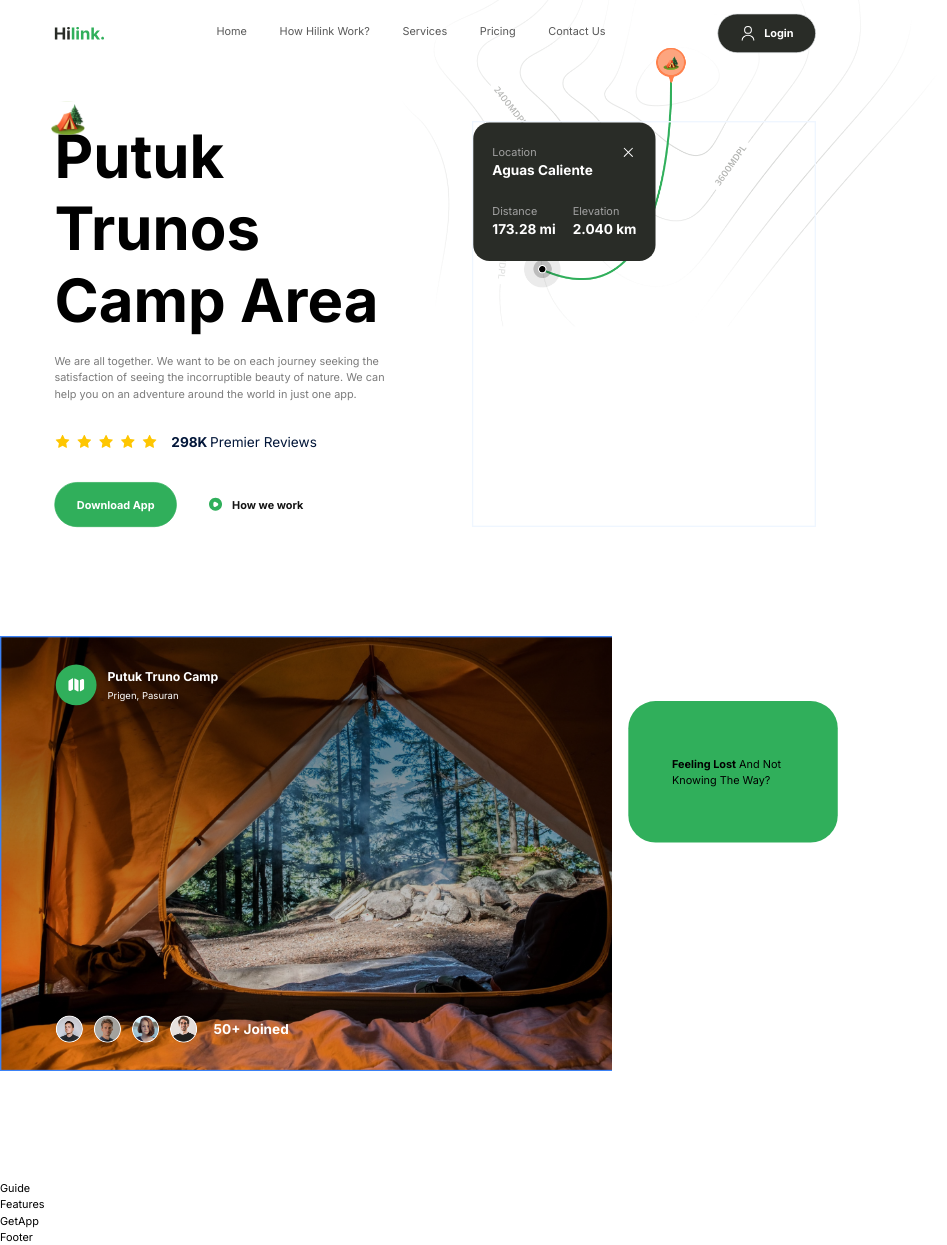
Repository: SouthpawC0der/Modern-reactsite
Page: /
The author's editor kept a copy of each file at every save. The page is drawn from the files as they stood at one save, then again after the next save.
The browser window is 1280 px wide. The page is 1392 px wide, so the pictures cover 1392 px, including what lies to the right of the window. The pictures show the whole page, at 68% of full size.
The project was rebuilt for these pictures with package versions that can differ from the ones it lists, and the page was loaded fresh each time. The framework's server and built-in components were replaced by stand-ins that run in the browser. Also part of the build but not shown: next.config.ts.

Above is the page before, as saved 2025-02-06 13:02:01.

### app/layout.tsx
import type { Metadata } from "next";
import "./globals.css";
import Navbar from "@/components/Navbar";
import Footer from "@/components/Footer";

export default function RootLayout({
  children,
}: Readonly<{
  children: React.ReactNode;
}>) {
  return (
    <html lang="en">
      <body>
        <Navbar />
        <main className="relative-overflow-hidden">
        {children}
        </main>
        <Footer />
      </body>
    </html>
  );
}

### app/page.tsx
import Camp from "@/components/Camp";
import Features from "@/components/Features";
import GetApp from "@/components/GetApp";
import Guide from "@/components/Guide";
import Hero from "@/components/Hero";


export default function Home() {
  return (
    <>
    <Hero />
    <Camp />
    <Guide />
    <Features />
    <GetApp />
    </>
  );
}

### app/globals.css

@import url('https://fonts.googleapis.com/css2?family=Inter:wght@400;500;600;700;800&display=swap');

@tailwind base;
@tailwind components;
@tailwind utilities;

* {
  margin: 0;
  padding: 0;
  box-sizing: border-box;
}

body {
  font-family: Inter;
}

@layer utilities {
  .btn_white {
    @apply  border-white bg-white px-8 py-3 text-green-50
  }
  .btn_white_text  {
    @apply  border-white bg-white px-8 py-3 text-gray-90
  }
  .btn_green  {
    @apply  border-green-50 bg-green-50 px-8 py-5 text-white
  }
  .btn_dark_green {
    @apply  bg-green-90 px-8 py-4 text-white transition-all hover:bg-black
  }
  .btn_dark_green_outline  {
    @apply border-gray-20 bg-green-90 px-8 py-5 text-white
  }

  .max-container {
    @apply mx-auto max-w-[1440px];
  }

  .padding-container {
    @apply px-6 lg:px-20 3xl:px-0;
  }

  .flexCenter {
    @apply flex items-center justify-center;
  }

  .flexBetween {
    @apply flex items-center justify-between;
  }

  .flexStart {
    @apply flex items-center justify-start;
  }

  .flexEnd {
    @apply flex items-center justify-end;
  }

  /* FONTS */
  .regular-64 {
    @apply text-[64px] font-[400] leading-[120%];
  }

  .regular-40 {
    @apply text-[40px] font-[400] leading-[120%];
  }

  .regular-32 {
    @apply text-[32px] font-[400];
  }

  .regular-24 {
    @apply text-[24px] font-[400];
  }

  .regular-20 {
    @apply text-[20px] font-[400];
  }

  .regular-18 {
    @apply text-[18px] font-[400];
  }

  .regular-16 {
    @apply text-[16px] font-[400];
  }

  .regular-14 {
    @apply text-[14px] font-[400];
  }

  .medium-14 {
    @apply text-[14px] font-[600];
  }

  .bold-88 {
    @apply text-[88px] font-[700] leading-[120%];
  }

  .bold-64 {
    @apply text-[64px] font-[700] leading-[120%];
  }

  .bold-52 {
    @apply text-[52px] font-[700] leading-[120%];
  }

  .bold-40 {
    @apply text-[40px] font-[700] leading-[120%];
  }

  .bold-32 {
    @apply text-[32px] font-[700] leading-[120%];
  }

  .bold-20 {
    @apply text-[20px] font-[700];
  }

  .bold-18 {
    @apply text-[18px] font-[700];
  }

  .bold-16 {
    @apply text-[16px] font-[700];
  }

  /* Hero */
  .hero-map {
    @apply absolute right-0 top-0 h-screen w-screen bg-pattern-2 bg-cover bg-center md:-right-28 xl:-top-60;
  }

  /* Camp */
  .camp-quote {
    @apply absolute -right-6 bottom-4 w-[140px] lg:bottom-10 xl:-right-8 xl:w-[186px] 3xl:right-0;
  }

  /* Feature */
  .feature-phone {
    @apply absolute top-[13%] z-10 hidden max-w-[1500px] rotate-[15deg] md:-left-16 lg:flex  3xl:left-20;
  }

  /* Get App */
  .get-app {
    @apply max-container relative flex w-full  flex-col justify-between gap-32 overflow-hidden bg-green-90 bg-pattern bg-cover bg-center bg-no-repeat px-6 py-12 text-white sm:flex-row sm:gap-12 sm:py-24 lg:px-20 xl:max-h-[598px] 2xl:rounded-5xl;
  }
}

/* Hide scrollbar for Chrome, Safari and Opera */
.hide-scrollbar::-webkit-scrollbar {
  display: none;
}

/* Hide scrollbar for IE, Edge and Firefox */
.hide-scrollbar {
  -ms-overflow-style: none; /* IE and Edge */
  scrollbar-width: none; /* Firefox */
}

### components/Navbar.tsx
import { NAV_LINKS } from '@/constants'
import Image from 'next/image'
import Link from 'next/link'
import React from 'react'
import Button from './Button'

const Navbar = () => {
  return (
    <nav className='flexBetween max-container padding-container relative z-30 py-5'>
        <Link href="/">
          <Image src="/hilink-logo.svg" alt='logo' width={74} height={29} />
        </Link>

          <ul className='hidden h-full gap-12 lg:flex'>
             {NAV_LINKS.map((link) => (
                <Link href={link.href} key={link.key}
                className='regular-16 text-gray-50 flexCenter cursor-pointer pb-1.5 transition-all hover:font-bold'
                >
                    {link.label}
                </Link>
             ))}
          </ul>

          <div className='lg:flexCenter hidden'>
            <Button
            type='button'
            title='Login'
            icon='/user.svg'
            variant='btn_dark_green'
            />
          </div>

          <Image
          src='menu.svg'
          alt='menu'
          width={32}
          height={32}
          className='inline-block cursor-pointer lg:hidden'
          />
    </nav>
  )
}


export default Navbar

### components/Camp.tsx
import React from 'react'
import Image from 'next/image'
import { PEOPLE_URL } from '@/constants';


 interface CampProps {
  backgroundImage: string;
  title: string,
  subtitle: string,
  peopleJoined: string,
 }

const CampSite = ({backgroundImage, title, subtitle, peopleJoined}: CampProps) => {
  return (
    <div className={`h-full w-full min-w-[1100px] ${backgroundImage}
    bg-cover bg-no-repeat lg:rounded-r-5xl 2xl:rounded-5xl
    `}>
      <div className='flex h-full flex-col items-start justify-between
      p-6 lg:px-20 lg:py-10 border-2 border-blue-500'>
        <div className='flexCenter gap-4'>
           <div className='rounded-full bg-green-50 p-4'>
              <Image
                src="/folded-map.svg"
                alt="map"
                width={28}
                height={28}
              />
           </div>
           <div className='flex flex-col gap-1'>
              <h4 className='bold-18 text-white'>{title}</h4>
              <p className='regular-14 text-white'>{subtitle}</p>
           </div>
        </div>
        <div className='flexCenter gap-6'>
           <span className='flex space-x-4 overflow-hidden'>
              {PEOPLE_URL.map((url) => (
                <Image
                className='inline-block h-10 w-10 rounded-full'
                src={url}
                key={url}
                alt='person'
                width={52}
                height={52}
                />
              ))}
           </span>
           <p className='bold-16 md:bold-20 text-white'>{peopleJoined}</p>
        </div>
      </div>
    </div>
  )
}


const Camp = () => {
  return (
    <section className='2xl:max-container relative flex fle-col py-10 lg:mb-10 lg:py-20 xl:mb-20'>
    <div className='hide-scrollbar flex h-[340px] w-full items-start justify-start gap-8 overflow-x-auto lg:h-[400px] xl:h-[640px]'>
      <CampSite
      backgroundImage='bg-bg-img-1'
      title='Putuk Truno Camp'
      subtitle='Prigen, Pasuran'
      peopleJoined='50+ Joined'
      />
      <CampSite
      backgroundImage='bg-bg-img-2'
      title='Mountain View Camp'
      subtitle='Outhere in the Wilderness'
      peopleJoined='50+ Joined'
      />
    </div>

    <div className='flexEnd mt-10 px-6 lg:-mt-60 lg:mr-6'>
       <div className='bg-green-50 p-8 lg:max-w-[500px] xl:max-w-[734px]
       xl:rounded-5xl xl:px-16 xl:py-20 relative w-full overflow-hidden rounded-3xl'>
        <h2 className='regular'>
          <strong>Feeling Lost</strong> And Not Knowing The Way?
        </h2>
       </div>
    </div>
  </section>
  )
}

export default Camp

### components/Hero.tsx
import Image from 'next/image'
import React from 'react'
import Button from './Button'

const Hero = () => {
  return (
    <section className='max-container padding-container flex flex-col gap-20 py-10 pb-32 md:gap-28
     lg:py-20 xl:flex-row '>
        <div className='hero-map' />

        <div className='relative z-10 flex flex-1 flex-col xl:w-1/2'>
            <Image
            src='/camp.svg'
            alt='camp'
            width={50}
            height={50}
            className='absolute left-[-5px] top-[-30px] w-10 lg:w-[50px]'
             />
             <h1 className='bold-32 lg:bold-88'>Putuk Trunos Camp Area</h1>
             <p className='regular-16 mt-6 text-gray-30 xl:max-[520px]'>
                We are all together. We want to be on each journey seeking the
                satisfaction of seeing the incorruptible beauty of nature. We can
                help you on an adventure around the world in just one app.
             </p>

             <div className='my-11 flex flex-wrap gap-5'>
                <div className='flex items-center gap-2'>
                    {Array(5).fill(1).map((_, index) => (
                        <Image
                        src='/star.svg'
                        key={index}
                        alt='star'
                        width={24}
                        height={24}
                        />
                    ))}
                </div>
                <p className='bold-16 lg:bold-20 text-blue-70'>
                    298K
                    <span className='regular-16 lg:regular-20 ml-1'>Premier Reviews</span>
                </p>
             </div>
             <div className='flex flex-col w-full gap-3 sm:flex-row'>
                    <Button
                    type='button'
                    title='Download App'
                    variant='btn_green'
                    />
                    <Button
                    type='button'
                    title='How we work'
                    icon='/play.svg'
                    variant='btn_white_text'
                    />
             </div>
        </div>

        <div className='relative flex flex-1 items-start border-2 border-blue-50'>
           <div className='relative z-20 flex w-[268px] flex-col gap-8 rounded-3xl bg-green-90 px-7 py-8'>

            <div className='flex flex-col'>
                <div className='flexBetween'>
                    <p className='regular-16 text-gray-20'>Location</p>
                        <Image
                          src='/close.svg'
                          alt='close'
                          width={24}
                          height={24}
                        />
                </div>

                <p className='bold-20 text-white'>Aguas Caliente</p>
                </div>

                <div className='flexBetween'>
                  <div className='flex flex-col'>
                    <p className='regular-16 block text-gray-20'>Distance</p>
                    <p className='bold-20 text-white'>173.28 mi</p>
                </div>
                  <div className='flex flex-col'>
                    <p className='regular-16 block text-gray-20'>Elevation</p>
                    <p className='bold-20 text-white'> 2.040 km</p>
                </div>
              </div>
            </div>
        </div>
    </section>
  )
}

export default Hero

### components/Button.tsx
import Image from 'next/image';
import React from 'react'

type ButtonProps = {
    type: 'button' | 'submit';
    title: string;
    icon?: string,
    variant: string
}

const Button = ( {type, title, icon, variant }: ButtonProps) => {
  return (
    <button
    className={`flexCenter gap-3 rounded-full border ${variant}`}
    type={type}

    >
        {icon && <Image src={icon} alt={title} width={24} height={24} />}
        <label className='bold-16 whitespace-nowrap'>{title}</label>
    </button>
  )
}

export default Button

Loaded but not shown: components/Footer.tsx (common file); components/Features.tsx (common file); components/GetApp.tsx (common file); components/Guide.tsx (common file); constants/index.ts (common file); tailwind.config.ts (common file)

After the next save:
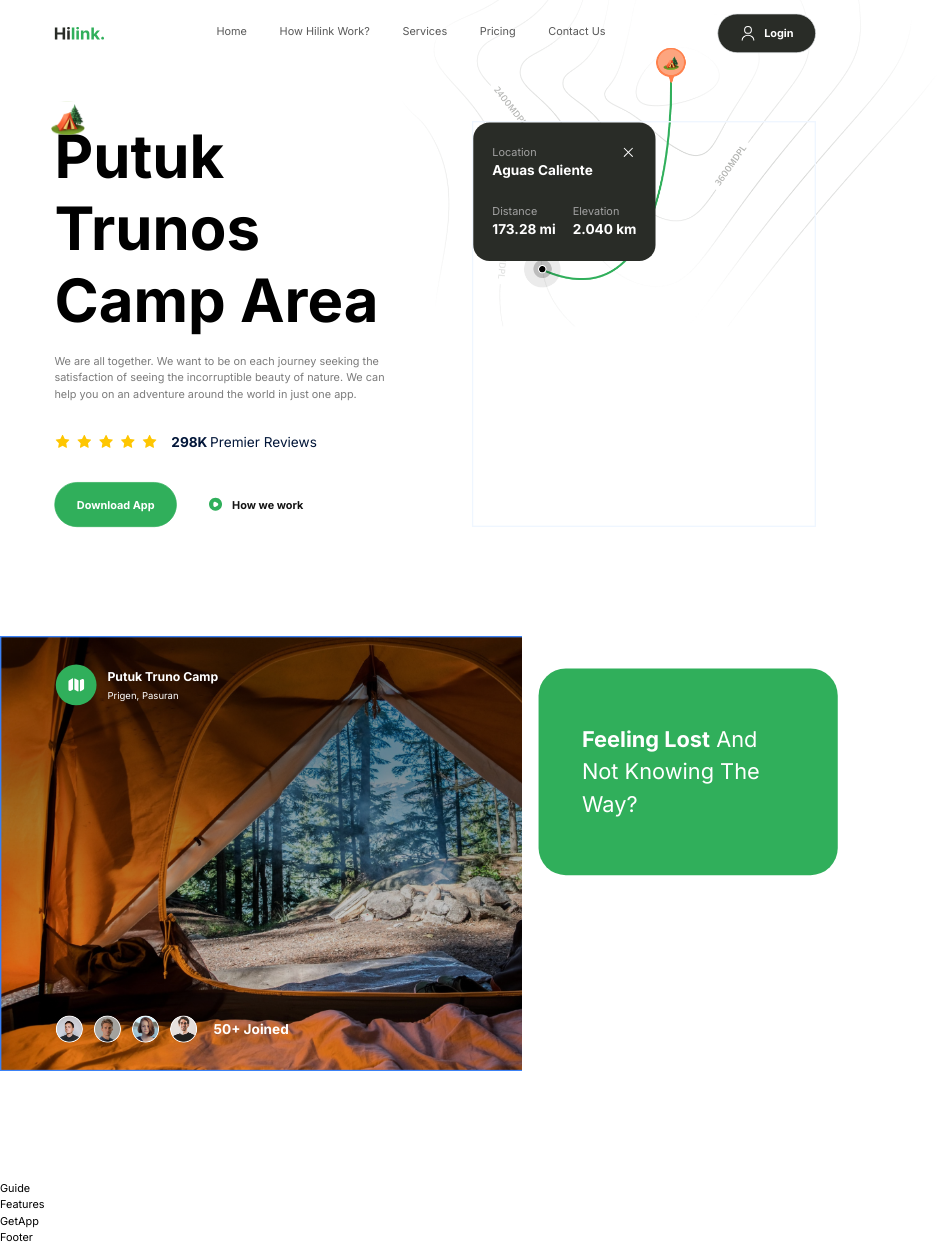
Saved 89 s later.
--- a/components/Camp.tsx
+++ b/components/Camp.tsx
@@ -73,7 +73,7 @@ const Camp = () => {
     <div className='flexEnd mt-10 px-6 lg:-mt-60 lg:mr-6'>
        <div className='bg-green-50 p-8 lg:max-w-[500px] xl:max-w-[734px]
        xl:rounded-5xl xl:px-16 xl:py-20 relative w-full overflow-hidden rounded-3xl'>
-        <h2 className='regular'>
+        <h2 className='regular-24 md:regular-32 2xl:regular-64 capitalize text-white'>
           <strong>Feeling Lost</strong> And Not Knowing The Way?
         </h2>
        </div>
